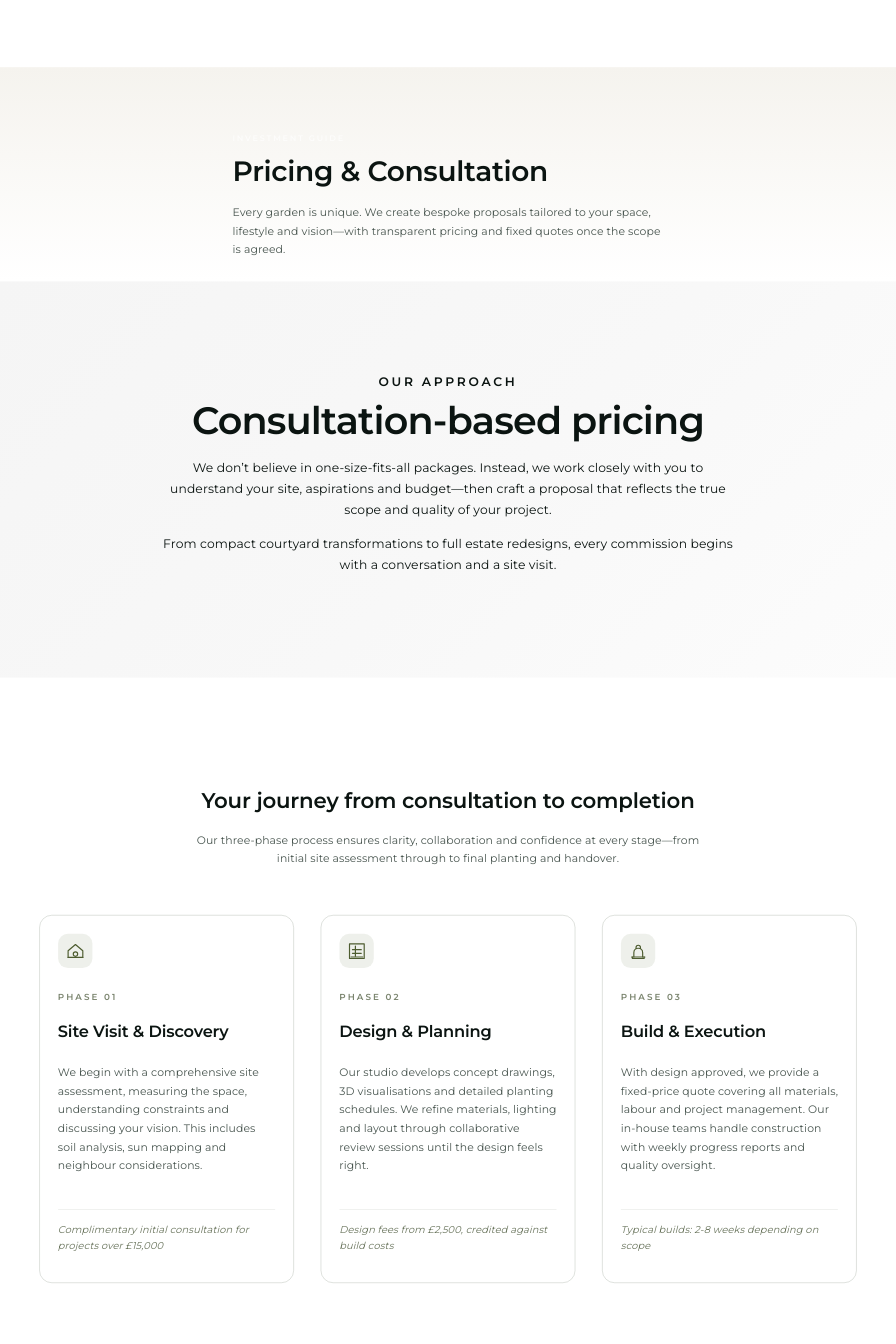
Repository: JoelMann1/MackenzieLandscapes
Page: pricing.html
An editor plug-in stored every save of this project. The page is shown before and after the next save, followed by the edit.
The browser window is 1280 px wide. The pictures show the part of the page from y = 0 to 1920 px (the page is 4036 px tall before and 4094 px after), at 70% of full size.

Above is the page before, as saved 2025-10-22 14:44:10.

After the next save:
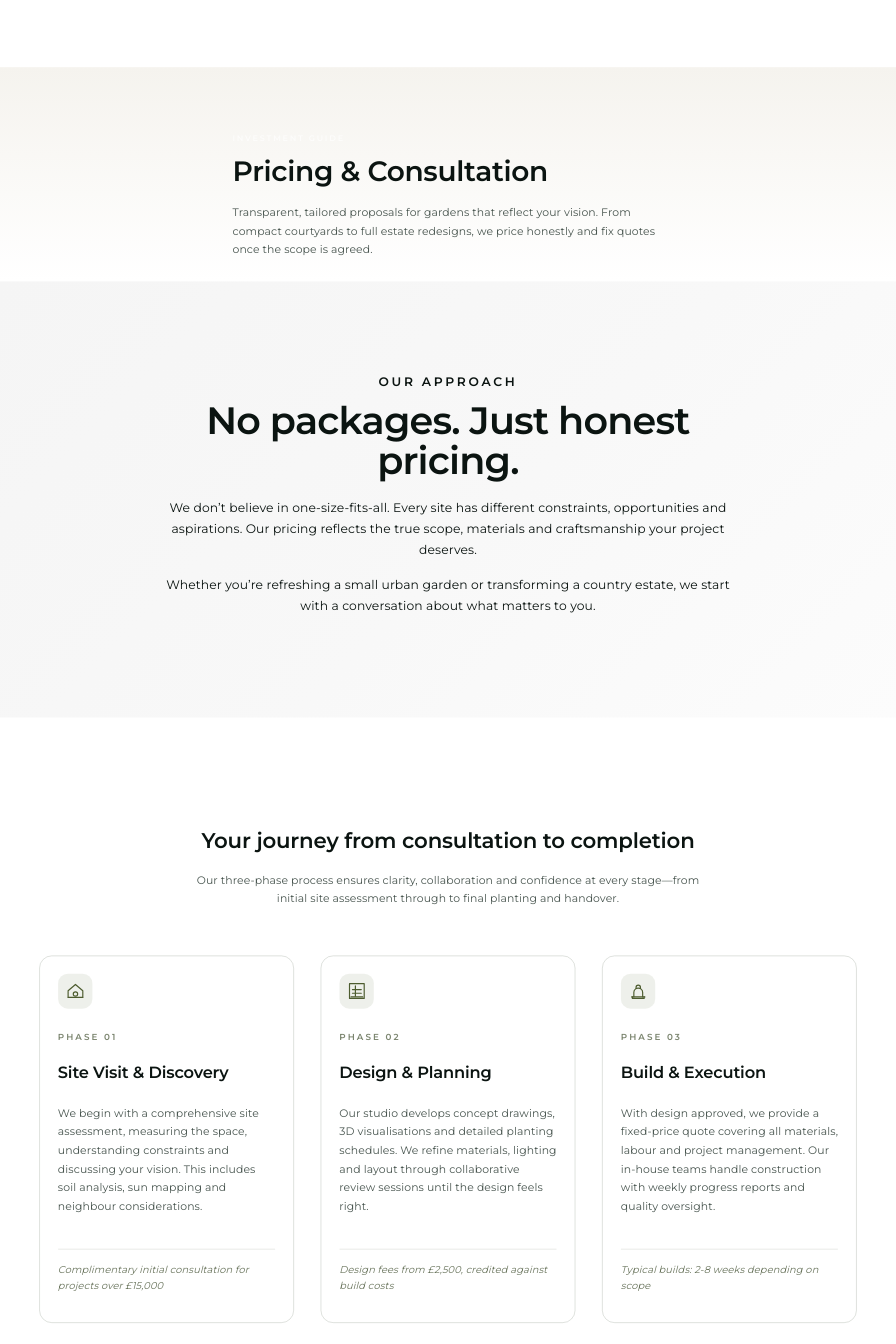
Saved 7 min 28 s later.
--- a/pricing.html
+++ b/pricing.html
@@ -135,7 +135,7 @@
   <div class="container narrow">
     <p class="eyebrow eyebrow--sage">Investment guide</p>
     <h1>Pricing &amp; Consultation</h1>
-    <p>Every garden is unique. We create bespoke proposals tailored to your space, lifestyle and vision&mdash;with transparent pricing and fixed quotes once the scope is agreed.</p>
+    <p>Transparent, tailored proposals for gardens that reflect your vision. From compact courtyards to full estate redesigns, we price honestly and fix quotes once the scope is agreed.</p>
   </div>
 </section><div id="header-sentinel" aria-hidden="true"></div>
 
@@ -143,9 +143,9 @@
   <div class="container">
     <div class="pricing-intro" data-reveal>
       <p class="eyebrow eyebrow--sage">Our approach</p>
-      <h2 class="section-title section-title--display">Consultation-based pricing</h2>
-      <p>We don&rsquo;t believe in one-size-fits-all packages. Instead, we work closely with you to understand your site, aspirations and budget&mdash;then craft a proposal that reflects the true scope and quality of your project.</p>
-      <p>From compact courtyard transformations to full estate redesigns, every commission begins with a conversation and a site visit.</p>
+      <h2 class="section-title section-title--display">No packages. Just honest pricing.</h2>
+      <p>We don&rsquo;t believe in one-size-fits-all. Every site has different constraints, opportunities and aspirations. Our pricing reflects the true scope, materials and craftsmanship your project deserves.</p>
+      <p>Whether you&rsquo;re refreshing a small urban garden or transforming a country estate, we start with a conversation about what matters to you.</p>
     </div>
   </div>
 </section>
